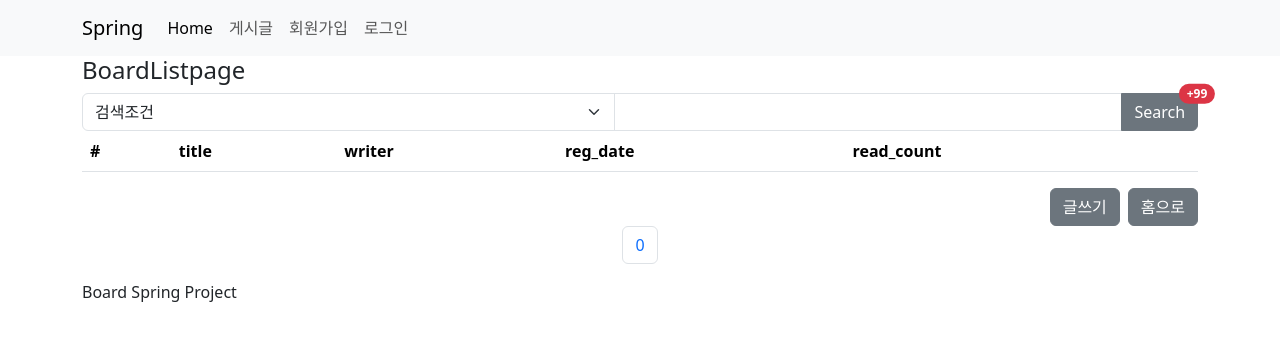
Repository: dasberaht/240430_SPRING_PROJECT
Page: http://localhost/spring_study/WEB-INF/views/board/list.jsp
These files come from the project's save history. The page is drawn as it stood at one moment and after the next save; the edit follows.
The browser window is 1280 px wide. The pictures show the whole page.
The page is served by Tomcat 9. Nobody is signed in. The template is opened directly, without the code that normally fills it, so the values that code supplies are empty.

Above is the page before, as saved 2024-04-25 02:00:33.

After the next save:
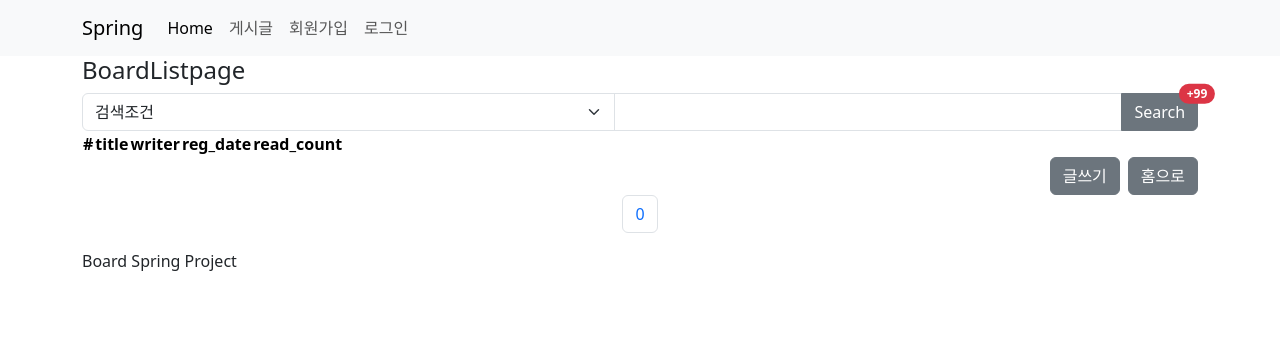
Saved 5 min 33 s later.
--- a/spring_study/src/main/webapp/WEB-INF/views/board/list.jsp
+++ b/spring_study/src/main/webapp/WEB-INF/views/board/list.jsp
@@ -28,7 +28,7 @@
 			</div>
 		</form>
 
-		<table class="table">
+		<table class="table-secondary">
 			<thead>
 				<tr>
 					<th scope="col">#</th>

After the save that followed:
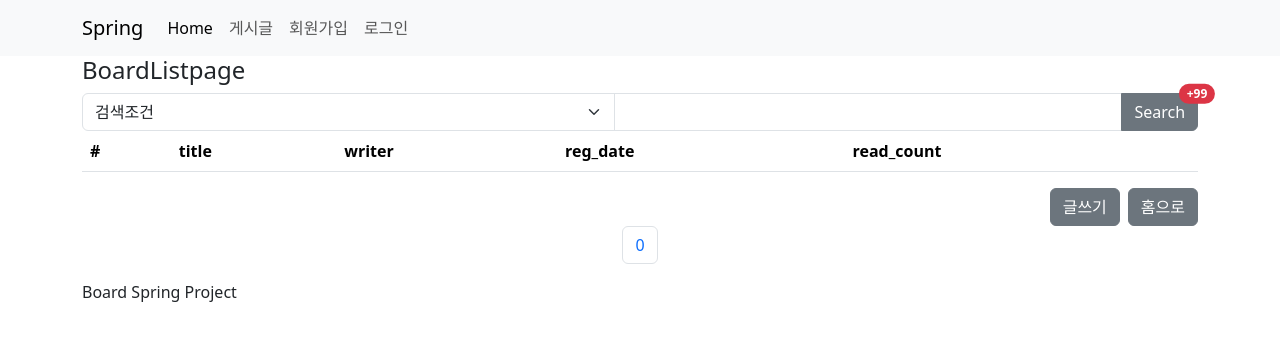
Saved 6 s later.
--- a/spring_study/src/main/webapp/WEB-INF/views/board/list.jsp
+++ b/spring_study/src/main/webapp/WEB-INF/views/board/list.jsp
@@ -28,7 +28,7 @@
 			</div>
 		</form>
 
-		<table class="table-secondary">
+		<table class="table">
 			<thead>
 				<tr>
 					<th scope="col">#</th>
